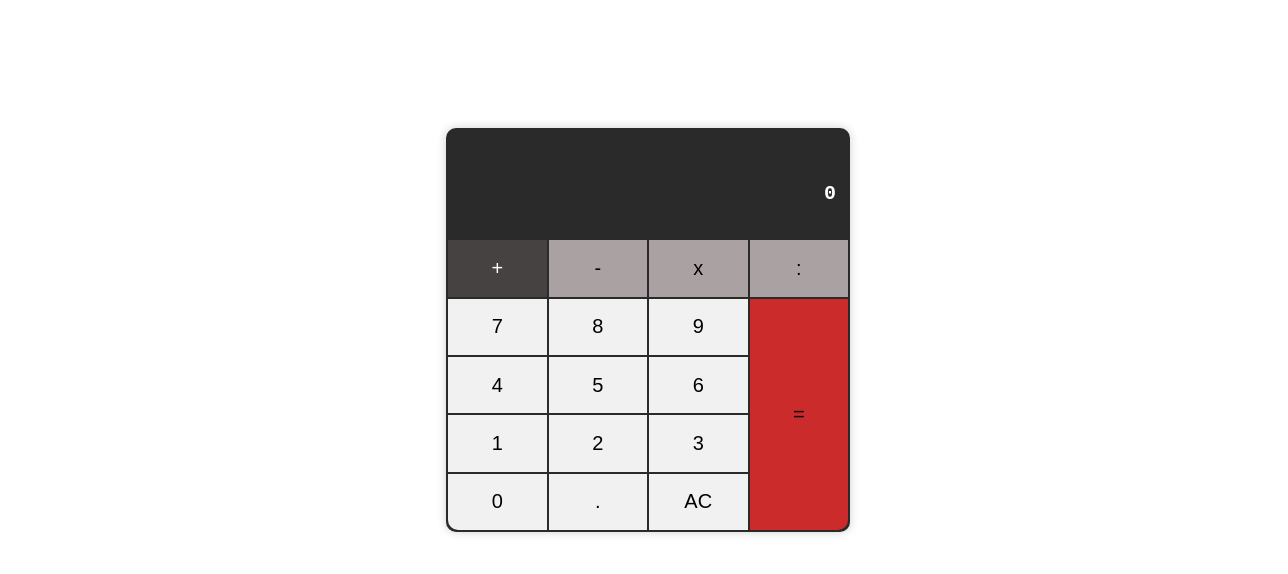
Repository: CryptoFamilyNFT/develhope
Page: css/Grid 2/calculator.html
An editor plug-in stored every save of this project. The page is shown before and after the next save, followed by the edit.
The browser window is 1280 px wide. The page is 1288 px wide, so the pictures cover 1288 px, including what lies to the right of the window. The pictures show the whole page.
The pointer rests on the first visible `button[id="operator"]`.

Above is the page before, as saved 2024-11-18 09:41:29.

After the next save:
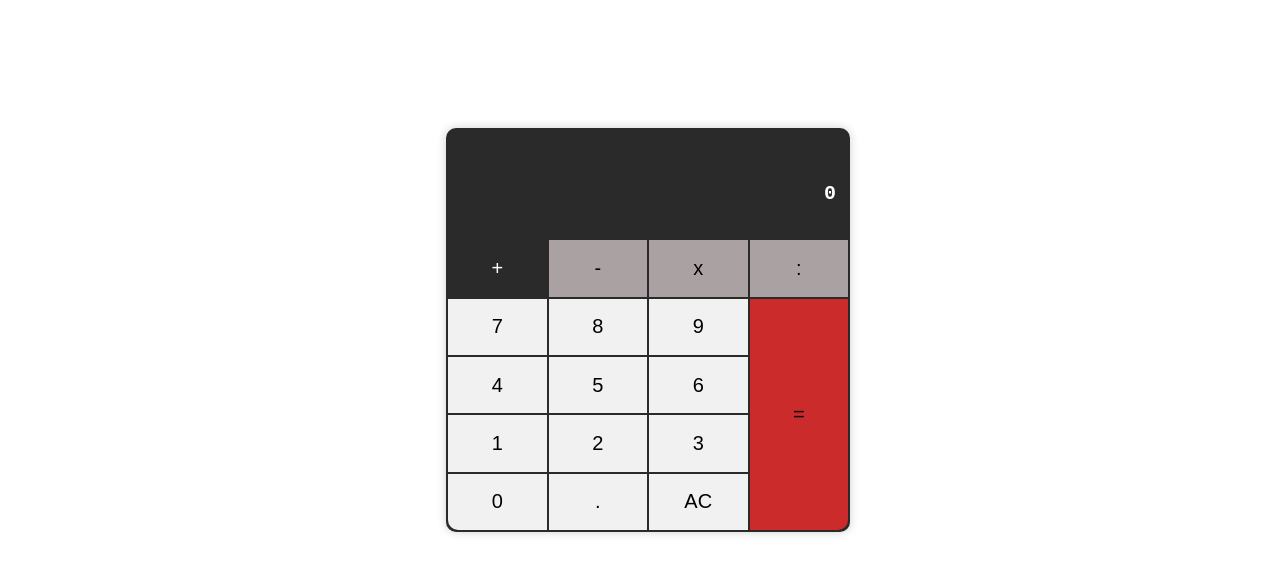
Saved 20 s later.
--- a/css/Grid 2/calculator.css
+++ b/css/Grid 2/calculator.css
@@ -107,7 +107,7 @@ button[id="equal operator"]:hover {
 }
 
 button[id="operator"]:hover {
-    background-color: #464242;
+    background-color: #2b2a2a;
 }
 
 button:active {
